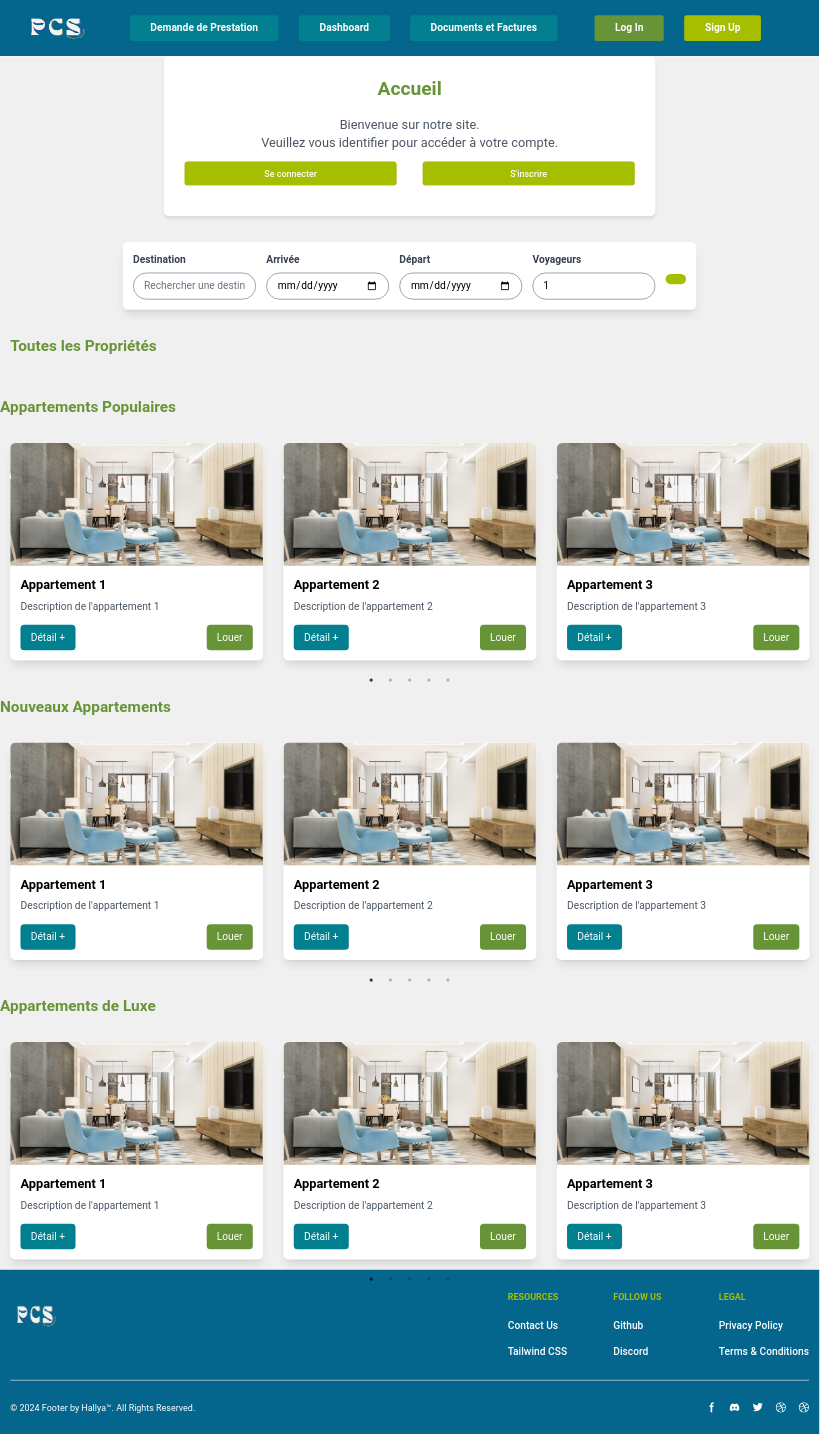
Repository: HATTOUNGBRE/ProjetAnnuel2
Page: /logout (app in FRONT/)
These files come from the project's save history. The page is drawn as it stood at one moment and after the next save; the edit follows.
The browser window is 1280 px wide. The page is 1305 px wide, so the pictures cover 1305 px, including what lies to the right of the window. The pictures show the whole page, at 64% of full size.
The page's requests for data from a server got no answer. The project was rebuilt for these pictures with package versions that can differ from the ones it lists, and the page was loaded fresh each time. No one was signed in, and anything a server would have sent is missing. Also part of the build but not shown: FRONT/vite.config.js, FRONT/src/components/PropertyCard.jsx, FRONT/src/components/Contact.jsx, FRONT/src/components/CatUser.jsx, FRONT/src/components/Login.jsx, FRONT/src/components/prestataire/PrestataireType.jsx, FRONT/src/components/prestataire/PrestataireDetails.jsx, FRONT/src/components/Account.jsx and 14 more.

Above is the page before, as saved 2024-06-28 14:23:14.

### FRONT/src/main.jsx
import React from 'react'
import ReactDOM from 'react-dom/client'
import App from './App.jsx'
import './App.css'
import { AuthProvider } from './components/AuthContext';
import {
  BrowserRouter,
  Route,
  Link
} from "react-router-dom";

ReactDOM.createRoot(document.getElementById('root')).render(
  <React.StrictMode>
    <AuthProvider>
    <App />
    </AuthProvider>
  </React.StrictMode>,
)

### FRONT/src/App.css
@tailwind base;
@tailwind components;
@tailwind utilities;

html, body {
  height: 100%;
  width: 100%;
  margin: 0;
  padding: 0;
  font-family: 'Roboto', sans-serif;
}


.logo {
  height: 5em;
  width: 7em;
  /* will-change: filter; */
  transition: filter 300ms;
}
.logo:hover {
}
.logo.react:hover {
  filter: drop-shadow(0 0 2em #61dafbaa);
}

@keyframes logo-spin {
  from {
    transform: rotate(0deg);
  }
  to {
    transform: rotate(360deg);
  }
}


.card {
  padding: 2em;
}

.read-the-docs {
  color: #888;
}
footer {
  position: absolute;
  left: 0;
  bottom: 0;
  width: 100%;
}
html, body {
  height: 100%;
  margin: 0;
  padding: 0;

}



footer {
  flex-shrink: 0; /* Empêche le pied de page de rétrécir si le contenu est trop grand */
}

.main-content {
  flex: 1;
  padding: 24px;
  overflow-y: auto;
  display: flex;
  flex-direction: column;
}

### FRONT/src/components/Header.jsx
import { useState, useEffect } from 'react';
import Nav from './Nav';
import { Link } from "react-router-dom";

function Header(props) {
  const { isLoggedIn, userRole } = props;

  return (
    <div>
      <header className="bg-pcs-200 sticky top-0 z-[20]">
        <nav className="bg-pcs-200 border-gray-200 dark:bg-gray-900 w-full">
          <div className="w-full flex flex-wrap items-center justify-around p-1">
            <Link to="/" className="flex items-center space-x-3 rtl:space-x-reverse">
              <img src="/public/images/fullDay.png" className="h-8 logo" alt="PCSLogo" />
            </Link>
            <Nav isLoggedIn={isLoggedIn} userRole={userRole} />
            <button
              data-collapse-toggle="navbar-default"
              type="button"
              className="inline-flex items-center p-2 w-10 h-10 justify-center text-sm text-gray-500 rounded-lg md:hidden focus:outline-none focus:ring-2 focus:ring-gray-200 dark:text-gray-400 dark:focus:ring-gray-600"
              aria-controls="navbar-default"
              aria-expanded="false"
            >
              <span className="sr-only">Open main menu</span>
              <svg
                className="w-5 h-5"
                aria-hidden="true"
                xmlns="http://www.w3.org/2000/svg"
                fill="none"
                viewBox="0 0 17 14"
              >
                <path
                  stroke="currentColor"
                  strokeLinecap="round"
                  strokeLinejoin="round"
                  strokeWidth="2"
                  d="M1 1h15M1 7h15M1 13h15"
                />
              </svg>
            </button>
            <div className="hidden w-full md:block md:w-auto" id="navbar-default"></div>
          </div>
        </nav>
      </header>
    </div>
  );
}

export default Header;

### FRONT/src/components/Main.jsx
import React, { useState, useContext, useEffect } from 'react';
import AuthContext from './AuthContext';
import { Link } from 'react-router-dom';
import PropertyRow from './PropertyRow';
import Slider from 'react-slick';
import 'slick-carousel/slick/slick.css';
import 'slick-carousel/slick/slick-theme.css';

function Main() {
  const { isLoggedIn, userRole } = useContext(AuthContext);

  const [searchTerm, setSearchTerm] = useState('');
  const [cities, setCities] = useState([]);
  const [arrivalDate, setArrivalDate] = useState('');
  const [departureDate, setDepartureDate] = useState('');
  const [guests, setGuests] = useState(1);

  useEffect(() => {
    if (searchTerm.length >= 2) {
      searchCities(searchTerm);
    } else {
      setCities([]);
    }
  }, [searchTerm]);

  const searchCities = async (term) => {
    try {
      const response = await fetch(`https://geo.api.gouv.fr/communes?nom=${term}&fields=departement&boost=population&limit=5`);
      const data = await response.json();
      setCities(data);
    } catch (error) {
      console.error('Error fetching cities:', error);
    }
  };

  const handleSearch = (e) => {
    e.preventDefault();
    // Add your search logic here
    console.log('Searching for:', searchTerm, arrivalDate, departureDate, guests);
  };

  const sliderSettings = {
    dots: true,
    infinite: true,
    speed: 500,
    slidesToShow: 3,
    slidesToScroll: 1,
    responsive: [
      {
        breakpoint: 1024,
        settings: {
          slidesToShow: 2,
          slidesToScroll: 1,
          infinite: true,
          dots: true
        }
      },
      {
        breakpoint: 600,
        settings: {
          slidesToShow: 1,
          slidesToScroll: 1
        }
      }
    ]
  };

  return (
    <div className="min-h-screen bg-pcs-100 flex flex-col items-center justify-center">
      <div className="max-w-3xl w-full p-8 bg-white shadow-md rounded-lg text-center">
        <h1 className="text-3xl font-semibold text-pcs-400 mb-6">Accueil</h1>
        {isLoggedIn ? (
          <p className="text-xl text-pcs-300">
            Vous êtes connecté.e en tant que <span className="font-bold">{userRole}</span>
          </p>
        ) : (
          <div>
            <p className="text-xl text-gray-600">Bienvenue sur notre site.</p>
            <p className="text-xl text-gray-600">Veuillez vous identifier pour accéder à votre compte.</p>
            <div className='flex justify-center mt-4 space-x-10'>
              <button className='w-full px-4 mb-4 py-2 text-sm font-medium text-white bg-pcs-300 border border-transparent rounded-md shadow-sm hover:bg-pcs-400'>
                <Link to="/components/catUser">Se connecter</Link>
              </button>
              <button className='w-full px-4 mb-4 py-2 text-sm font-medium text-white bg-pcs-300 border border-transparent rounded-md shadow-sm hover:bg-pcs-400'>
                <Link to="/components/inscription">S'inscrire</Link>
              </button>
            </div>
          </div>
        )}
      </div>

      {/* Barre de recherche */}
      <div className="mt-10 w-full max-w-4xl bg-white shadow-lg rounded-lg p-4">
        <form onSubmit={handleSearch} className="flex items-center space-x-4">
          <div className="flex-1">
            <label className="block text-gray-700 font-bold mb-2">Destination</label>
            <input
              type="text"
              placeholder="Rechercher une destination"
              value={searchTerm}
              onChange={(e) => setSearchTerm(e.target.value)}
              className="w-full px-4 py-2 border rounded-full focus:outline-none"
            />
            {cities.length > 0 && (
              <ul className="mt-2 bg-white border rounded-lg">
                {cities.map((city) => (
                  <li key={city.code} className="px-4 py-2 border-b last:border-b-0">
                    {city.nom} ({city.departement.nom})
                  </li>
                ))}
              </ul>
            )}
          </div>
          <div className="flex-1">
            <label className="block text-gray-700 font-bold mb-2">Arrivée</label>
            <input
              type="date"
              value={arrivalDate}
              onChange={(e) => setArrivalDate(e.target.value)}
              className="w-full px-4 py-2 border rounded-full focus:outline-none"
            />
          </div>
          <div className="flex-1">
            <label className="block text-gray-700 font-bold mb-2">Départ</label>
            <input
              type="date"
              value={departureDate}
              onChange={(e) => setDepartureDate(e.target.value)}
              className="w-full px-4 py-2 border rounded-full focus:outline-none"
            />
          </div>
          <div className="flex-1">
            <label className="block text-gray-700 font-bold mb-2">Voyageurs</label>
            <input
              type="number"
              value={guests}
              onChange={(e) => setGuests(e.target.value)}
              min="1"
              className="w-full px-4 py-2 border rounded-full focus:outline-none"
            />
          </div>
          <div className="flex-shrink-0">
            <button type="submit" className="bg-pcs-300 text-white px-4 py-2 rounded-full hover:bg-pcs-400">
              <i className="fa fa-search"></i>
            </button>
          </div>
        </form>
      </div>

      {/* Categories with carousels */}
      <PropertyRow title="Toutes les Propriétés" apiUrl="http://localhost:8000/api/properties" />
      <div className="mt-10 w-full">
        <h2 className="text-2xl font-semibold text-pcs-400 mb-6">Appartements Populaires</h2>
        <Slider {...sliderSettings}>
          {[1, 2, 3, 4, 5].map(item => (
            <div key={item} className="p-4">
              <div className="bg-white shadow-lg rounded-lg overflow-hidden">
                <img src="http://localhost:8000/uploads/property_photos/default_appart.jpg" alt={`Appartement ${item}`} className="h-48 w-full object-cover" />
                <div className="p-4">
                  <h3 className="text-xl font-semibold mb-2">Appartement {item}</h3>
                  <p className="text-gray-600 mb-4">Description de l'appartement {item}</p>
                  <div className="flex justify-between">
                    <button className="bg-pcs-250 hover:bg-pcs-200 text-white py-2 px-4 rounded-md">Détail +</button>
                    <button className="bg-pcs-400 text-white py-2 px-4 rounded-md">Louer</button>
                  </div>
                </div>
              </div>
            </div>
          ))}
        </Slider>
      </div>

      <div className="mt-10 w-full">
        <h2 className="text-2xl font-semibold text-pcs-400 mb-6">Nouveaux Appartements</h2>
        <Slider {...sliderSettings}>
          {[1, 2, 3, 4, 5].map(item => (
            <div key={item} className="p-4">
              <div className="bg-white shadow-lg rounded-lg overflow-hidden">
                <img src="http://localhost:8000/uploads/property_photos/default_appart.jpg" alt={`Appartement ${item}`} className="h-48 w-full object-cover" />
                <div className="p-4">
                  <h3 className="text-xl font-semibold mb-2">Appartement {item}</h3>
                  <p className="text-gray-600 mb-4">Description de l'appartement {item}</p>
                  <div className="flex justify-between">
                    <button className="bg-pcs-250 hover:bg-pcs-200 text-white py-2 px-4 rounded-md">Détail +</button>
                    <button className="bg-pcs-400 text-white py-2 px-4 rounded-md">Louer</button>
                  </div>
                </div>
              </div>
            </div>
          ))}
        </Slider>
      </div>

      <div className="mt-10 w-full">
        <h2 className="text-2xl font-semibold text-pcs-400 mb-6">Appartements de Luxe</h2>
        <Slider {...sliderSettings}>
          {[1, 2, 3, 4, 5].map(item => (
            <div key={item} className="p-4">
              <div className="bg-white shadow-lg rounded-lg overflow-hidden">
                <img src="http://localhost:8000/uploads/property_photos/default_appart.jpg" alt={`Appartement ${item}`} className="h-48 w-full object-cover" />
                <div className="p-4">
                  <h3 className="text-xl font-semibold mb-2">Appartement {item}</h3>
                  <p className="text-gray-600 mb-4">Description de l'appartement {item}</p>
                  <div className="flex justify-between">
                    <button className="bg-pcs-250 hover:bg-pcs-200 text-white py-2 px-4 rounded-md">Détail +</button>
                    <button className="bg-pcs-400 text-white py-2 px-4 rounded-md">Louer</button>
                  </div>
                </div>
              </div>
            </div>
          ))}
        </Slider>
      </div>
    </div>
  );
}

export default Main;

### FRONT/src/components/Nav.jsx
import { Link } from "react-router-dom";

function Nav(props) {
    const { isLoggedIn, userRole } = props;

    console.log('isLoggedIn page NAV:', isLoggedIn);
    return (
        <>
            <div className='flex space-x-8'>
                <Link to={`/${userRole}/Reservation`}>
                    <button className="bg-pcs-250 hover:bg-pcs-300 text-white font-bold py-2 px-8 rounded">
                        Demande de Prestation
                    </button>
                </Link>

                <Link to={`/components/dashboard/${userRole}`}>
                    <button className="bg-pcs-250 hover:bg-pcs-300 text-white font-bold py-2 px-8 rounded">
                        Dashboard
                    </button>
                </Link>

                <Link to={`/${userRole}/Prestation`}>
                    <button className="bg-pcs-250 hover:bg-pcs-300 text-white font-bold py-2 px-8 rounded">
                        Documents et Factures
                    </button>
                </Link>
            </div>
            {isLoggedIn ? (
                <div className='flex space-x-8'>
                    <Link to='/account'>
                        <button className="bg-pcs-400 hover:bg-pcs-700 text-white font-bold py-2 px-8 rounded">
                            Account
                        </button>
                    </Link>
                    <Link to='/logout'>
                        <button className="bg-pcs-300 hover:bg-pcs-600 text-white font-bold py-2 px-8 rounded">
                            Log out
                        </button>
                    </Link>

                </div>
            ) : (
                <div className='flex space-x-8'>
                    <Link to='/components/catuser'>
                        <button className="bg-pcs-400 hover:bg-pcs-700 text-white font-bold py-2 px-8 rounded">
                            Log In
                        </button>
                    </Link>

                    <Link to='/components/Inscription'>
                        <button className="bg-pcs-300 hover:bg-pcs-600 text-white font-bold py-2 px-8 rounded">
                            Sign Up
                        </button>
                    </Link>
                </div>
            )}
        </>
    );
};

export default Nav;

### FRONT/src/components/LogOut.jsx
import React, { useContext, useEffect } from 'react';
import { useNavigate } from 'react-router-dom';
import AuthContext from './AuthContext';

const LogOut = () => {
  const { logout } = useContext(AuthContext);
  const navigate = useNavigate();

  useEffect(() => {
    logout();
    navigate('/');
  }, [logout, navigate]);

  return null;
};

export default LogOut;

### FRONT/src/components/PropertyRow.jsx
// src/components/PropertyRow.jsx
import React, { useEffect, useState } from 'react';
import Slider from 'react-slick';
import PropertyCard from './PropertyCard';
import 'slick-carousel/slick/slick.css';
import 'slick-carousel/slick/slick-theme.css';

const PropertyRow = ({ title, apiUrl }) => {
  const [properties, setProperties] = useState([]);

  useEffect(() => {
    const fetchProperties = async () => {
      try {
        const response = await fetch(apiUrl);
        const data = await response.json();
        setProperties(data);
      } catch (error) {
        console.error('Error fetching properties:', error);
      }
    };

    fetchProperties();
  }, [apiUrl]);

  const sliderSettings = {
    dots: true,
    infinite: true,
    speed: 500,
    slidesToShow: 3,
    slidesToScroll: 1,
    responsive: [
      {
        breakpoint: 1024,
        settings: {
          slidesToShow: 2,
          slidesToScroll: 1,
          infinite: true,
          dots: true
        }
      },
      {
        breakpoint: 600,
        settings: {
          slidesToShow: 1,
          slidesToScroll: 1
        }
      }
    ]
  };

  return (
    <div className="mt-10 w-full">
      <h2 className=" ml-4 text-2xl font-semibold text-pcs-400 mb-6">{title}</h2>
      <Slider {...sliderSettings}>
        {properties.map(property => (
          <div key={property.id} className="p-4">
            <PropertyCard property={property} />
          </div>
        ))}
      </Slider>
    </div>
  );
};

export default PropertyRow;

Loaded but not shown: FRONT/index.html (common file); FRONT/tailwind.config.js (26 lines, source omitted); FRONT/src/components/Footer.jsx (91 lines, source omitted); FRONT/src/App.jsx (95 lines, source omitted); FRONT/src/components/AuthContext.jsx (90 lines, source omitted)

After the next save:
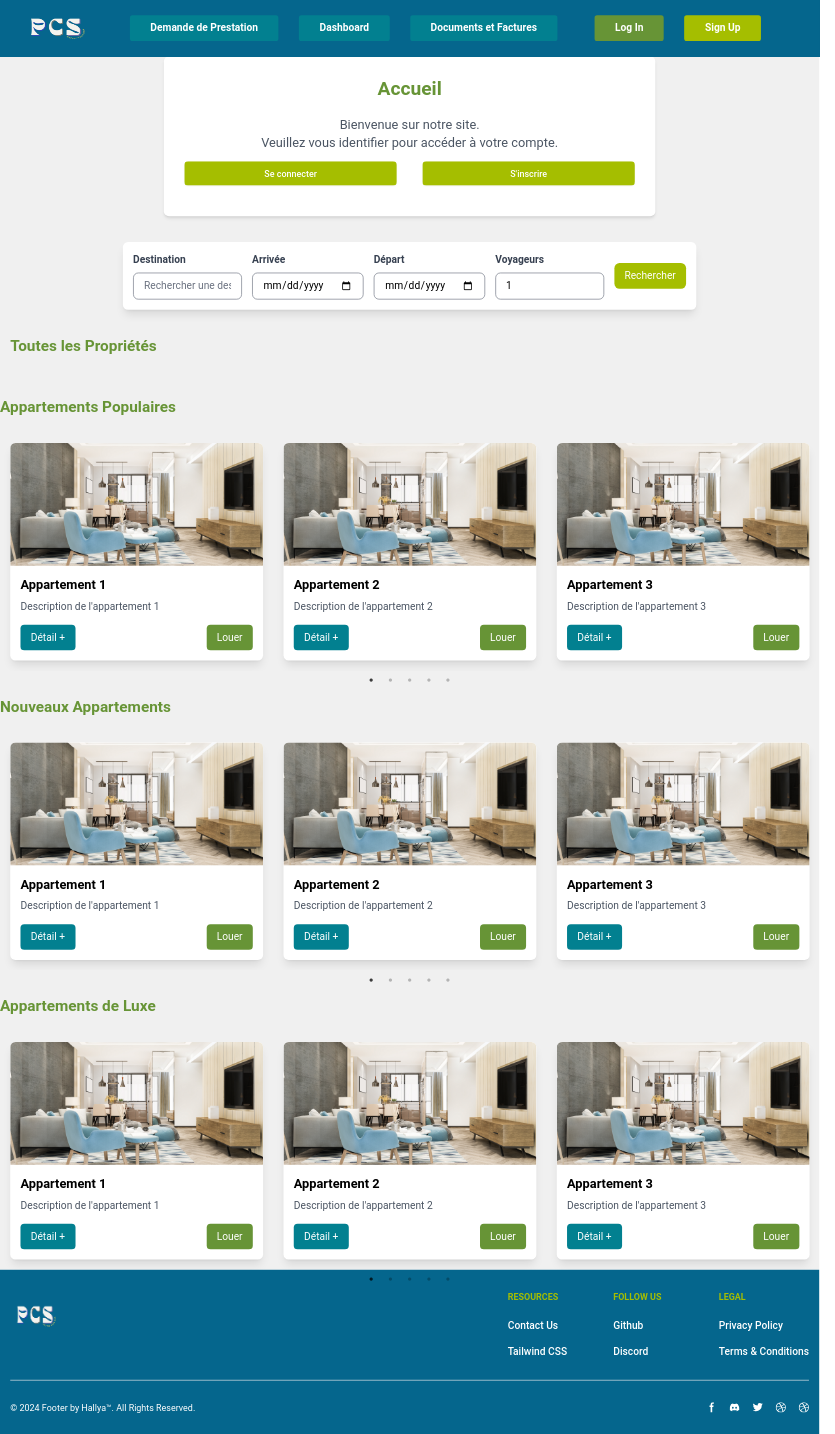
Saved 2 min 43 s later.
--- a/FRONT/src/components/Main.jsx
+++ b/FRONT/src/components/Main.jsx
@@ -90,63 +90,65 @@ function Main() {
       </div>
 
       {/* Barre de recherche */}
-      <div className="mt-10 w-full max-w-4xl bg-white shadow-lg rounded-lg p-4">
-        <form onSubmit={handleSearch} className="flex items-center space-x-4">
-          <div className="flex-1">
-            <label className="block text-gray-700 font-bold mb-2">Destination</label>
-            <input
-              type="text"
-              placeholder="Rechercher une destination"
-              value={searchTerm}
-              onChange={(e) => setSearchTerm(e.target.value)}
-              className="w-full px-4 py-2 border rounded-full focus:outline-none"
-            />
-            {cities.length > 0 && (
-              <ul className="mt-2 bg-white border rounded-lg">
-                {cities.map((city) => (
-                  <li key={city.code} className="px-4 py-2 border-b last:border-b-0">
-                    {city.nom} ({city.departement.nom})
-                  </li>
-                ))}
-              </ul>
-            )}
-          </div>
-          <div className="flex-1">
-            <label className="block text-gray-700 font-bold mb-2">Arrivée</label>
-            <input
-              type="date"
-              value={arrivalDate}
-              onChange={(e) => setArrivalDate(e.target.value)}
-              className="w-full px-4 py-2 border rounded-full focus:outline-none"
-            />
-          </div>
-          <div className="flex-1">
-            <label className="block text-gray-700 font-bold mb-2">Départ</label>
-            <input
-              type="date"
-              value={departureDate}
-              onChange={(e) => setDepartureDate(e.target.value)}
-              className="w-full px-4 py-2 border rounded-full focus:outline-none"
-            />
-          </div>
-          <div className="flex-1">
-            <label className="block text-gray-700 font-bold mb-2">Voyageurs</label>
-            <input
-              type="number"
-              value={guests}
-              onChange={(e) => setGuests(e.target.value)}
-              min="1"
-              className="w-full px-4 py-2 border rounded-full focus:outline-none"
-            />
-          </div>
-          <div className="flex-shrink-0">
-            <button type="submit" className="bg-pcs-300 text-white px-4 py-2 rounded-full hover:bg-pcs-400">
-              <i className="fa fa-search"></i>
+      {!isLoggedIn || userRole === 'voyageur' ? (
+        <div className="mt-10 w-full max-w-4xl bg-white shadow-lg rounded-lg p-4">
+          <form onSubmit={handleSearch} className="flex items-center space-x-4">
+            <div className="relative w-1/4">
+              <label className="block text-gray-700 font-bold mb-2">Destination</label>
+              <input
+                type="text"
+                className="w-full px-4 py-2 border rounded-lg focus:outline-none focus:ring-2 focus:ring-blue-500"
+                placeholder="Rechercher une destination"
+                value={searchTerm}
+                onChange={(e) => setSearchTerm(e.target.value)}
+              />
+              {cities.length > 0 && (
+                <ul className="absolute left-0 mt-2 w-full bg-white border rounded-lg z-10 max-h-48 overflow-y-auto">
+                  {cities.map((city) => (
+                    <li key={city.code} className="px-4 py-2 border-b last:border-b-0 cursor-pointer hover:bg-gray-200" onClick={() => setSearchTerm(city.nom)}>
+                      {city.nom} ({city.departement.nom})
+                    </li>
+                  ))}
+                </ul>
+              )}
+            </div>
+            <div className="w-1/4">
+              <label className="block text-gray-700 font-bold mb-2">Arrivée</label>
+              <input
+                type="date"
+                className="w-full px-4 py-2 border rounded-lg focus:outline-none focus:ring-2 focus:ring-blue-500"
+                value={arrivalDate}
+                onChange={(e) => setArrivalDate(e.target.value)}
+              />
+            </div>
+            <div className="w-1/4">
+              <label className="block text-gray-700 font-bold mb-2">Départ</label>
+              <input
+                type="date"
+                className="w-full px-4 py-2 border rounded-lg focus:outline-none focus:ring-2 focus:ring-blue-500"
+                value={departureDate}
+                onChange={(e) => setDepartureDate(e.target.value)}
+              />
+            </div>
+            <div className="w-1/4">
+              <label className="block text-gray-700 font-bold mb-2">Voyageurs</label>
+              <input
+                type="number"
+                min="1"
+                className="w-full px-4 py-2 border rounded-lg focus:outline-none focus:ring-2 focus:ring-blue-500"
+                value={guests}
+                onChange={(e) => setGuests(e.target.value)}
+              />
+            </div>
+            <button
+              type="submit"
+              className="bg-pcs-300 text-white py-2 px-4 rounded-lg hover:bg-pcs-400 focus:outline-none focus:ring-2 focus:ring-blue-500"
+            >
+              Rechercher
             </button>
-          </div>
-        </form>
-      </div>
-
+          </form>
+        </div>
+      ) : null}
       {/* Categories with carousels */}
       <PropertyRow title="Toutes les Propriétés" apiUrl="http://localhost:8000/api/properties" />
       <div className="mt-10 w-full">
